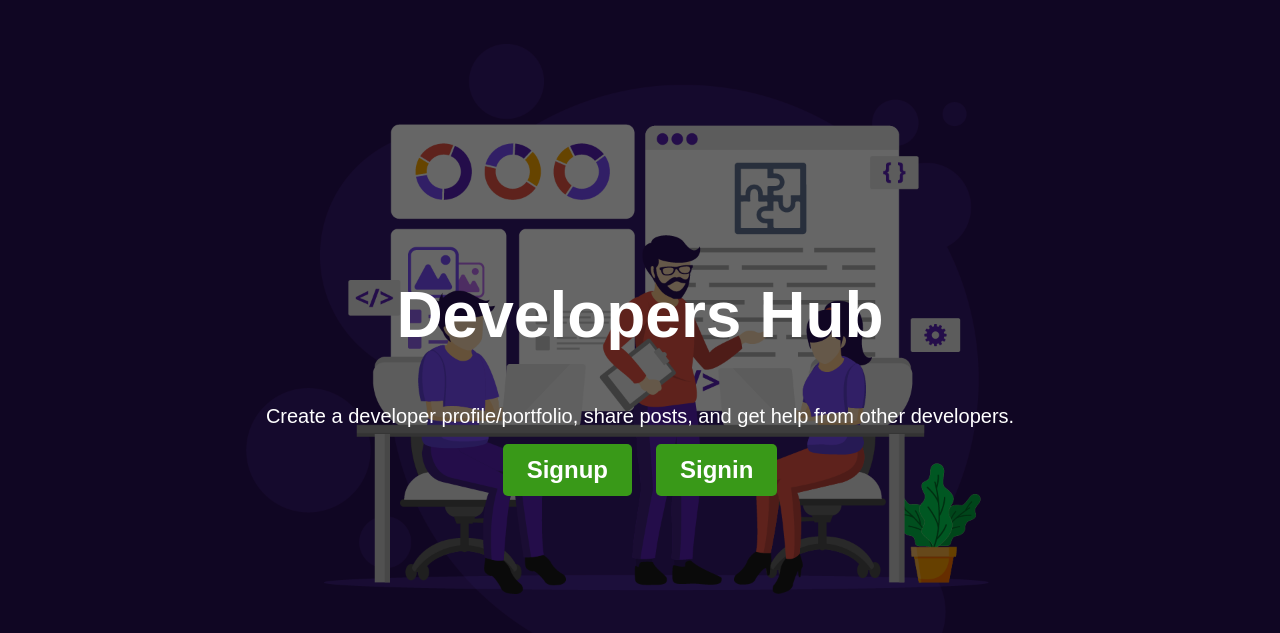
Repository: sayyad-mukthumsa-123/DevMania
Page: / (app in frontend/)
The author's editor kept a copy of each file at every save. The page is drawn from the files as they stood at one save, then again after the next save.
The browser window is 1280 px wide. The pictures show the whole page.
The project was rebuilt for these pictures with package versions that can differ from the ones it lists, and the page was loaded fresh each time. Also part of the build but not shown: frontend/src/pages/login.js, frontend/src/pages/register.js, frontend/src/pages/Allprofiles.js, frontend/src/pages/MyProfile.js, frontend/src/pages/Indprofile.js.

Above is the page before, as saved 2025-03-01 00:10:11.

### frontend/public/index.html
<!-- public/index.html -->
<!DOCTYPE html>
<html lang="en">
<head>
  <meta charset="UTF-8">
  <meta name="viewport" content="width=device-width, initial-scale=1.0">
  <title>Developers Hub</title>
  <link rel="stylesheet" href="https://cdnjs.cloudflare.com/ajax/libs/font-awesome/5.15.3/css/all.min.css">
</head>
<body>
  <div id="root"></div>
</body>
</html>

### frontend/src/App.js
import React from 'react'
import {BrowserRouter,Route,Routes} from 'react-router-dom'
import Home from './pages/Home'
import Login from './pages/login'
import Register from './pages/register'
import Allprofiles from './pages/Allprofiles'
import MyProfile from './pages/MyProfile'
import Indprofile from './pages/Indprofile'

const App = () => {
  return (
    <div>

      <BrowserRouter>
      <Routes>
        <Route path='/' exact Component={Home}/>
        <Route path='/login' exact Component={Login}/>
        <Route path='/register' exact Component={Register}/>
        <Route path='/allprofiles' exact Component={Allprofiles}/>
        <Route path='/myprofile' exact Component={MyProfile}/>
        <Route path='/indprofile/:fullname/:email/:skill/:id' exact Component={Indprofile}/>
      </Routes>
      </BrowserRouter>
    </div>
  )
}

export default App

### frontend/src/pages/Home.js
import React from 'react';
import { Link } from 'react-router-dom';
import '../styles/styles.css';  // Adjust the path based on your file structure


const Home = () => {
  return (
    <>
      <section className='landing' >
        <div className='dark-overlay'>
          <div className='landing-inner'>

            <h1 className='x-large'>Developers Hub</h1>
            <p className='lead'>
              Create a developer profile/portfolio, share posts, and get help from other developers.
            </p>
            <div className='buttons'>
              <Link to="/register" className="btn btn-auth">Signup</Link>
              <Link to="/login" className="btn btn-auth">Signin</Link>
            </div>
          </div>
        </div>
      </section>
    </>
  );
}
export default Home;

### frontend/src/styles/styles.css
/* General reset */
body, html {
  margin: 0;
  padding: 0;
  font-family: Arial, sans-serif;
  width: 100%;
  min-height: 100vh;

}

/* Navbar styles */
.navbar {
  display: flex;
  justify-content: space-between;
  align-items: center;
  padding: 4px;
  font-size: x-large;
  background-color: #22580f
}

.navbar h1 a {
  color: #ffffff;
  text-decoration: none;
}

.navbar ul {
  list-style: none;
  display: flex;
  margin: 0;
  padding: 10px;
  font-size: larger;
}
.navbar ul li
{
  padding: 10px;
  transition: all 0.3s ease;
}
.navbar ul li:hover
{
  transform: scale(1.2);
}
.navbar ul li {
  margin-left: 1rem;
}

.navbar ul li a {
  color: #ffffff;
  text-decoration: none;
}

/* Landing page styles */
/* .landing {
  height: 100%;
  display: flex;
  align-items: center;
  justify-content: center;
  color: black;
  position: relative;
}

.dark-overlay {
  position: absolute;
  top: 0;
  left: 0;
  right: 0;
  bottom: 0;
}

.landing-inner {
  text-align: center;
  z-index: 2;
  position: relative;
}

.x-large {
  font-size: 4rem;
}

.lead {
  font-size: 1.5rem;
  margin-bottom: 2rem;
  color: black;
}

.buttons .btn ,.btn{
  margin: 3rem 2rem;
  padding: 0.75rem 1.25rem;
  border: none;
  border-radius: 5px;
  cursor: pointer;
  text-decoration: none;
  font-size: x-large;
  background-color:#399918 ;
  color: #ffffff;
}


.btn-auth {
  transition: all 0.3s ease;
}
.btn-auth:hover
{
  transform: scale(1.1);
} */

.landing {
  height: 100vh;
  display: flex;
  align-items: center;
  justify-content: center;
  color: white;
  position: relative;
  background: url('../images/home.png') no-repeat center center/cover;
  text-align: center;
  flex-direction: column;
}

.dark-overlay {
  position: absolute;
  top: 0;
  left: 0;
  right: 0;
  bottom: 0;
  background: rgba(0, 0, 0, 0.6); /* Adds a dark overlay for better text visibility */
  display: flex;
  flex-direction: column;
  justify-content: center;
  align-items: center;
}

.landing-inner {
  text-align: center;
  z-index: 2;
  position: relative;
  padding: 2rem;
  max-width: 800px;
}

.x-large {
  font-size: 4rem;
  font-weight: bold;
}

.lead {
  font-size: 1.5rem;
  margin-bottom: 2rem;
}

.buttons {
  display: flex;
  justify-content: center;
  gap: 1.5rem;
}

.btn, .btn-auth {
  width: auto;
  padding: 0.75rem 1.5rem;
  border: none;
  border-radius: 8px;
  cursor: pointer;
  text-decoration: none;
  font-size: 1.25rem;
  font-weight: bold;
  background-color: #399918;
  color: #ffffff;
  transition: all 0.3s ease;
}

.btn:hover,.btn-auth:hover {
  background-color:#256210;
  transition: all;
}

/* Ensure Navbar stays at the top */
.navbar {
  position: absolute;
  top: 0;
  left: 0;
  width: 100%;
  z-index: 3;
}


/* Container styles */
.container {
  width: 600px;
  margin: 2rem auto;
  padding: 30px;
  border: 2px solid #399918;
  color: black;
  border-radius: 8px;
  position: relative;
  z-index: 1; /* Ensures the container is above any background effects */
}

/* Form styles */
.form {


  display: flex;
  flex-direction: column;
}

.form-group {
  margin-bottom: 1.5rem;
}

.form-text
{
  margin:5px !important;
}
/* .form-group input {
  width: 10%;
  padding: 0.75rem;
  font-size: 1rem;
  border: 1px solid black;
  border-radius: 5px;
  transition: border-color 0.3s ease-in-out, box-shadow 0.3s ease-in-out;
} */

.form-group input:focus {
  border-color: #f6f7f9;
  box-shadow: 0 0 8px rgba(0, 123, 255, 0.3);
  outline: none;
}

.btn {
  display: inline-block;
  padding: 0.75rem 1.5rem;
  border: none;
  border-radius: 5px;
  cursor: pointer;
  text-decoration: none;
  font-size: 1.5rem;
  text-align: center;
}

/* .btn-primary {
  background-color: #007bff;
  color: #ffffff;
}

.btn-primary:hover {
  background-color: #0056b3;
  opacity: 0.9;
} */

/* .text-primary {
  color: #f6f8fb;
} */

.large {
  margin: 0 !important;
  font-size: 2rem;
  margin-bottom: 1rem;
}

.lead {
  font-size: 1.25rem;
  margin-bottom: 1rem;
}

.error {
  color: red;
  margin-top: 1rem;
}

p {
  margin-top: 1rem;
}
.link-auth{
  color:#399918;
  text-decoration: none;
  cursor: pointer;
  padding-left:10px ;
  transition: all 0.3s ease;
  display: inline-block;
  font-size: large;
}
.link-auth:hover
{
  transform: scale(1.3);
}
/* Profiles styles */
.profiles {
  display: flex;
  flex-direction: column;
  gap: 1rem;
}

.profile {
  background-color: #f4f4f4;
  padding: 1rem;
  display: flex;
  align-items: center;
  border: 1px solid #ccc;
  box-shadow: 0 4px 8px rgba(0, 0, 0, 0.1);
  border-radius: 5px;
  margin-bottom: 1rem;
}

.profile .round-img {
  width: 100px;
  border-radius: 50%;
  margin-right: 1rem;
}

.profile-info {
  flex: 1;
}

.profile-info h2 {
  margin: 0 0 0.5rem 0;
}

.profile-info p {
  margin: 0.5rem 0;
}

.profile-info .btn {
  display: inline-block;
  background-color:#399918;
  color: #fff;
  padding: 0.5rem 1rem;
  text-decoration: none;
  border-radius: 0.25rem;
  margin-top: 0.5rem;
  transition: all 0.3s ease;
}

.profile-info .btn:hover {
  transform: scale(1.1);
  background-color:#399918;
}

.profile-skills {
  list-style: none;
  padding: 0;
  display: flex;
  flex-direction: column;
  gap: 0.5rem;
  margin-left: 1rem;
  color: black;
}

.profile-skills li {
  display: flex;
  align-items: center;
  color:greenyellow;
}

.profile-skills li i {
  margin-right: 0.5rem;
}

/* GitHub Section */
.profile-github {
  margin-top: 1rem;
}

.profile-github h2 {
  margin-bottom: 1rem;
}

.repo {
  background: #fff;
  padding: 1rem;
  margin-bottom: 1rem;
  border: 1px solid #ccc;
}

.repo h4 {
  margin: 0.5rem 0;
}

.repo p {
  margin: 0.5rem 0;
}

/* Form */
.form {
  margin-top: 1rem;
}

.form-group {
  margin-bottom: 10px;
}

.form-group input {
  width:97%;
  padding: 0.5rem;
  border: 1px solid #ccc;
  border-radius: 0.25rem;
  font-size: 1rem;
}

.form-group input:focus {
  border-color: #007bff;
  outline: none;
}

/* .btn-primary {
  background: #007bff;
  color: #fff;
  border: none;
  padding: 0.5rem 1rem;
  cursor: pointer;
}

.btn-primary:hover {
  background: #0056b3;
} */

/* Profile Grid */
.profile-grid {
  display: grid;
  grid-template-columns: 1fr;
  grid-gap: 1rem;
  margin-top: 1rem;
}

.profile-top {
  background: #0a0a0a;
  color: #fff;
  padding: 1rem;
  text-align: center;
}

.profile-top img {
  width: 150px;
  border-radius: 50%;
}

.profile-top h1 {
  margin: 0.5rem 0;
}

.profile-top p {
  margin: 0.5rem 0;
}
a{
  color:aqua
}
 .white-text {
  color: black;
}
 .skill-text {
  /* background-color: #5e585c16;  */
  color: #c51414;
  padding: 10px 15px;
  border-radius: 5px;
  display: flex;
  align-items: center;
  font-size: 16px;
  margin-top: 2px;
  /* box-shadow: 0 2px 4px rgba(0, 0, 0, 0.1);  */
}


.skill-text i {
  color: #28a745;
  margin-right: 30px;
}
.taskprovider
{
  color:#28a745;
  text-decoration: none;
  font-size: xx-large;
}

Loaded but not shown: frontend/src/index.js (common file); frontend/src/index.css (common file); frontend/src/reportWebVitals.js (common file)

After the next save:
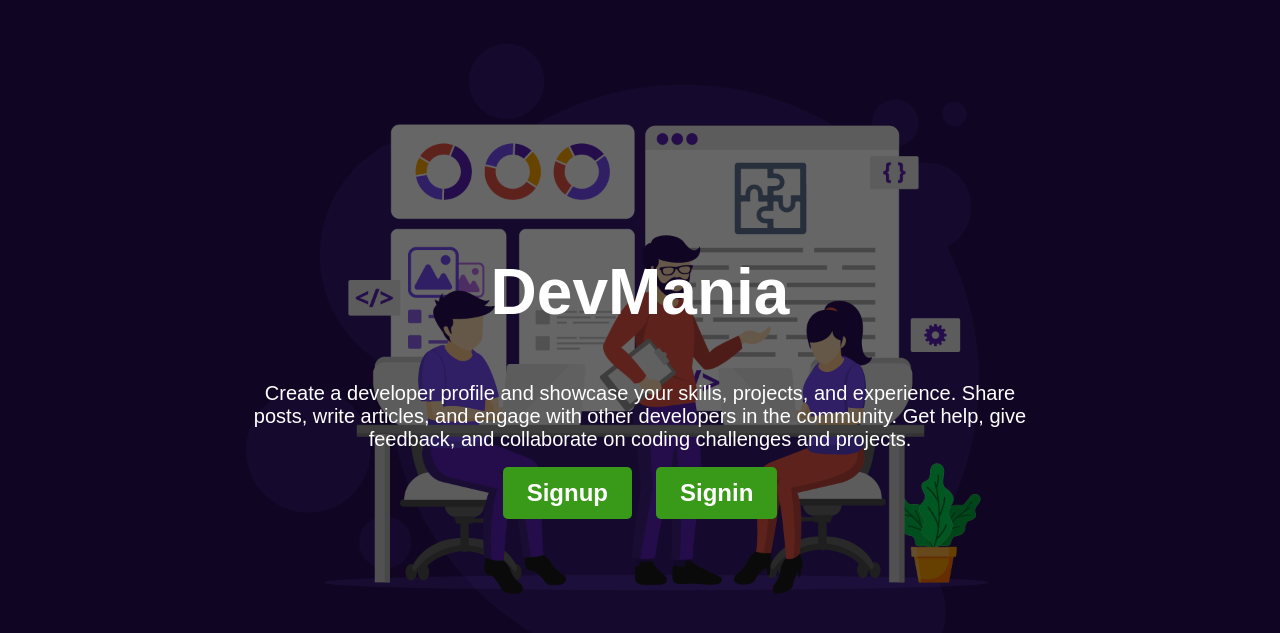
Saved 10 h 20 min later.
--- a/frontend/src/pages/Home.js
+++ b/frontend/src/pages/Home.js
@@ -10,9 +10,11 @@ const Home = () => {
         <div className='dark-overlay'>
           <div className='landing-inner'>
 
-            <h1 className='x-large'>Developers Hub</h1>
+            <h1 className='x-large'>DevMania</h1>
             <p className='lead'>
-              Create a developer profile/portfolio, share posts, and get help from other developers.
+            Create a developer profile and showcase your skills, projects, and experience.
+Share posts, write articles, and engage with other developers in the community.
+Get help, give feedback, and collaborate on coding challenges and projects.
             </p>
             <div className='buttons'>
               <Link to="/register" className="btn btn-auth">Signup</Link>
